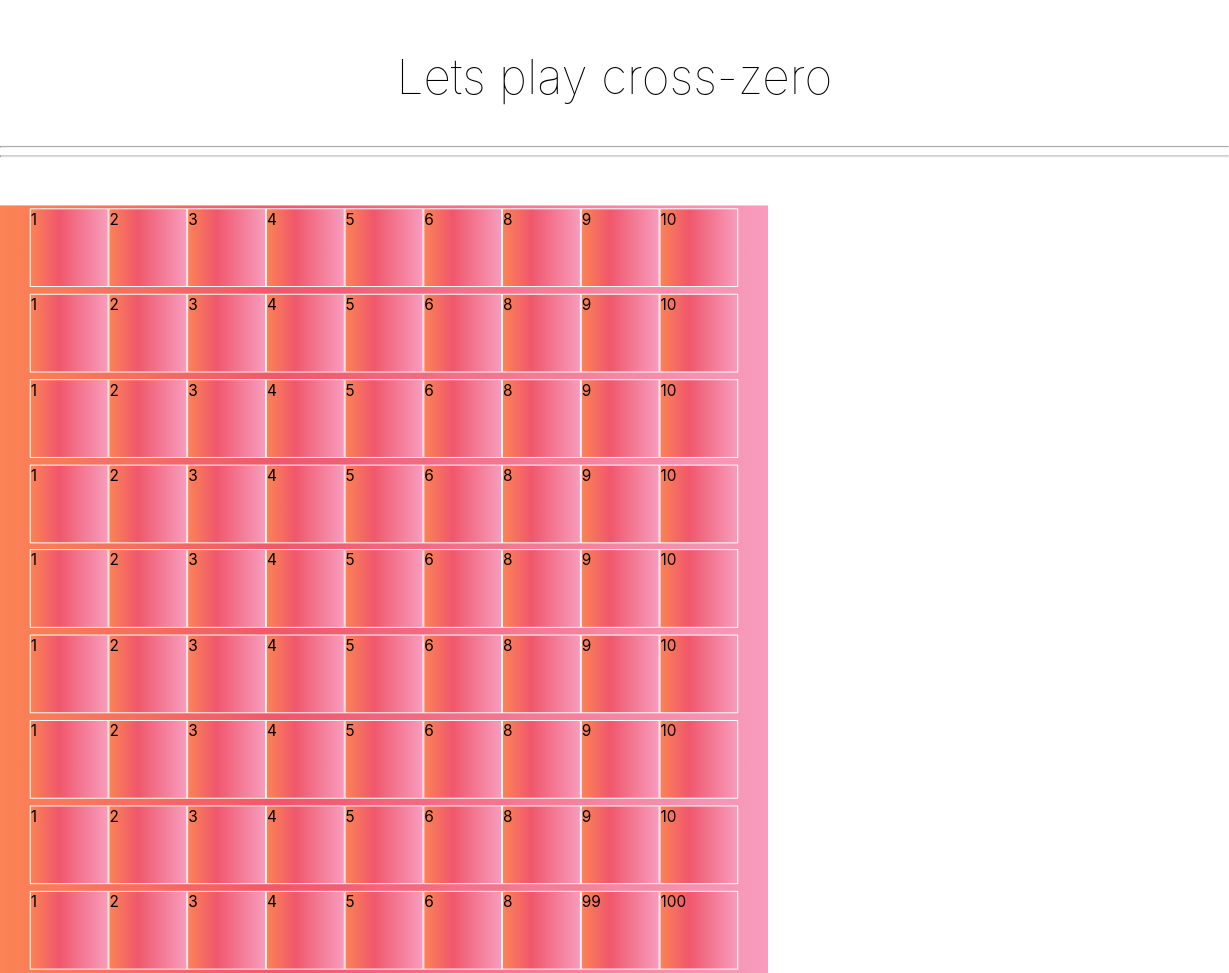
Repository: PGVlasov/cross-zero-game
Page: /
The author's editor kept a copy of each file at every save. The page is drawn from the files as they stood at one save, then again after the next save.
The browser window is 1280 px wide. The pictures show the whole page, at 96% of full size.
The project was rebuilt for these pictures with package versions that can differ from the ones it lists, and the page was loaded fresh each time. Also part of the build but not shown: webpack.config.js, src/Containers/Field/Field.module.css, src/Containers/Field/Field.js.

Above is the page before, as saved 2020-11-27 15:02:22.

After the next save:
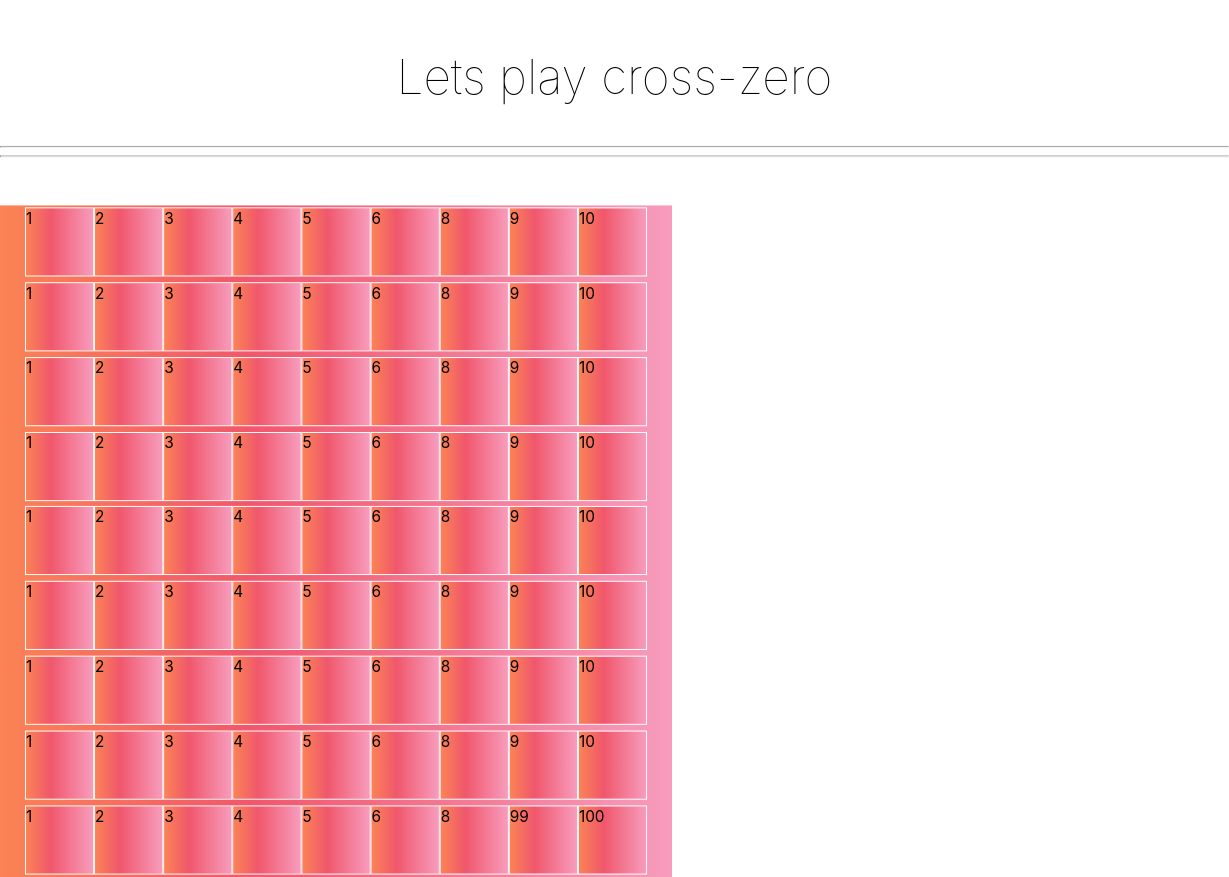
Saved 25 s later.
--- a/src/Containers/Field/Field1.module.css
+++ b/src/Containers/Field/Field1.module.css
@@ -1,7 +1,7 @@
 .Field1 {
-  width: 800px;
-  height: 800px;
-  max-width: 800px;
+  width: 700px;
+  height: 700px;
+  max-width: 700px;
   display: flex;
   justify-content: center;
   margin-top: 50px;
@@ -12,8 +12,8 @@
 }
 
 .table {
-  width: 80px;
-  height: 80px;
+  width: 70px;
+  height: 70px;
   font-size: 500;
   border: white 1px solid;
   background: linear-gradient(90deg, #fb8355 0%, #f0576c 37%, #f79cbd 100%);
